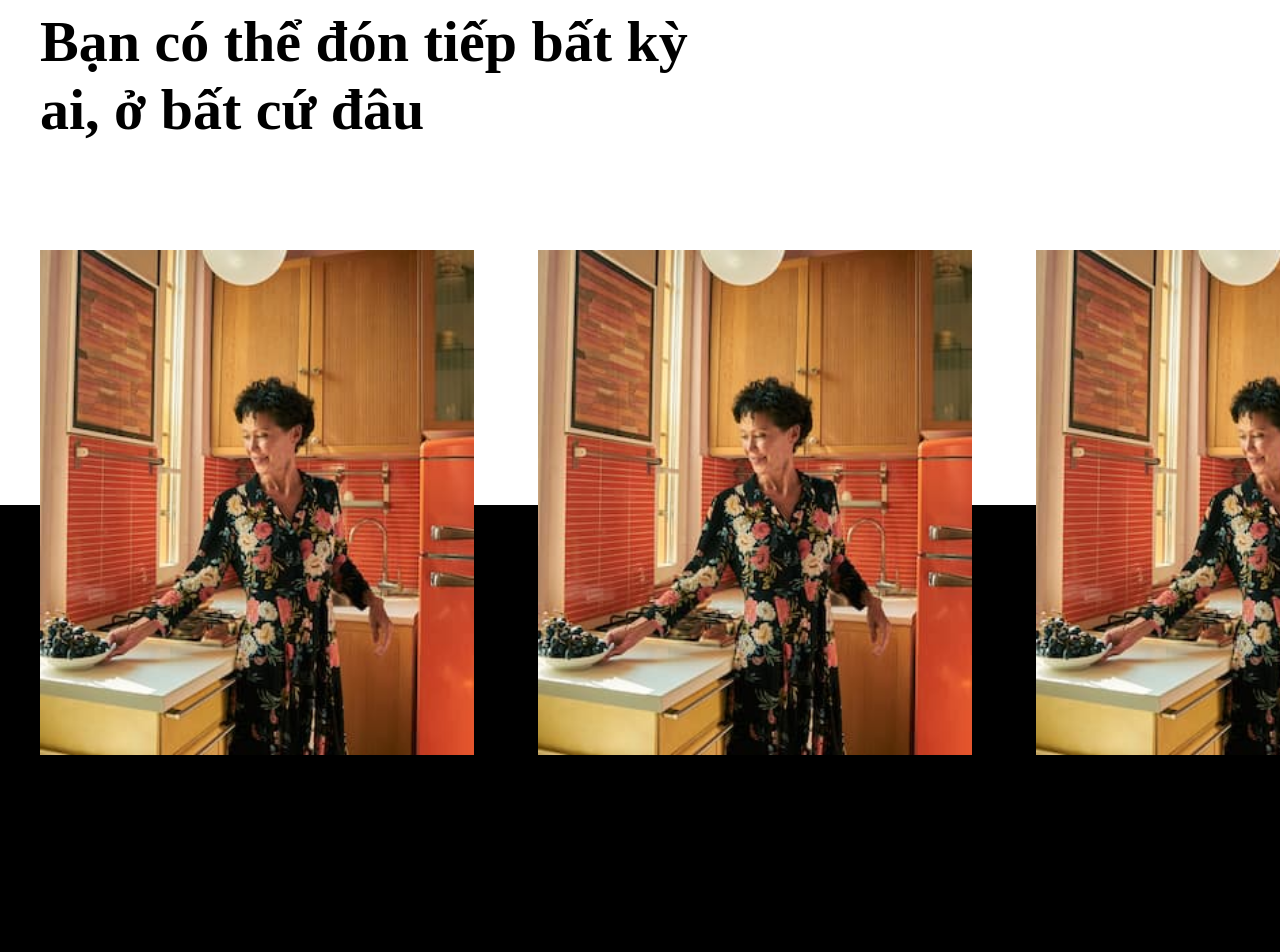
Repository: HoanTiny/AirbnbClone
Page: page3.html
The author's editor kept a copy of each file at every save. The page is drawn from the files as they stood at one save, then again after the next save.
The browser window is 1280 px wide. The pictures show the part of the page from y = 763 to 1715 px (the page is 1768 px tall before and 1968 px after).

Above is the page before, as saved 2021-09-13 10:41:47.

### page3.html
<!DOCTYPE html>
<html lang="en">
    <head>
        <meta charset="UTF-8" />
        <meta http-equiv="X-UA-Compatible" content="IE=edge" />
        <meta name="viewport" content="width=device-width, initial-scale=1.0" />
        <link rel="stylesheet" href="./acess/css/mainpage3.css" />
        <link rel="stylesheet" href="./acess/css/gird.css" />
        <link rel="stylesheet" href="./acess/css/base.css" />
        <link rel="stylesheet" href="./acess/css/reponsive.css" />
        <link
            rel="stylesheet"
            href="./acess/font/fontawesome-free-5.15.3-web/css/all.min.css"
        />
        <title>Cho thuê nhà</title>
    </head>
    <body>
        <div class="app-p3">
            <div class="banner">
                <div class="banner__left">
                    <div class="banner__left-img">
                        <svg
                            width="30"
                            height="32"
                            fill="currentcolor"
                            color="#fff"
                            style="display: block"
                        >
                            <path
                                d="M29.24 22.68c-.16-.39-.31-.8-.47-1.15l-.74-1.67-.03-.03c-2.2-4.8-4.55-9.68-7.04-14.48l-.1-.2c-.25-.47-.5-.99-.76-1.47-.32-.57-.63-1.18-1.14-1.76a5.3 5.3 0 00-8.2 0c-.47.58-.82 1.19-1.14 1.76-.25.52-.5 1.03-.76 1.5l-.1.2c-2.45 4.8-4.84 9.68-7.04 14.48l-.06.06c-.22.52-.48 1.06-.73 1.64-.16.35-.32.73-.48 1.15a6.8 6.8 0 007.2 9.23 8.38 8.38 0 003.18-1.1c1.3-.73 2.55-1.79 3.95-3.32 1.4 1.53 2.68 2.59 3.95 3.33A8.38 8.38 0 0022.75 32a6.79 6.79 0 006.75-5.83 5.94 5.94 0 00-.26-3.5zm-14.36 1.66c-1.72-2.2-2.84-4.22-3.22-5.95a5.2 5.2 0 01-.1-1.96c.07-.51.26-.96.52-1.34.6-.87 1.65-1.41 2.8-1.41a3.3 3.3 0 012.8 1.4c.26.4.45.84.51 1.35.1.58.06 1.25-.1 1.96-.38 1.7-1.5 3.74-3.21 5.95zm12.74 1.48a4.76 4.76 0 01-2.9 3.75c-.76.32-1.6.41-2.42.32-.8-.1-1.6-.36-2.42-.84a15.64 15.64 0 01-3.63-3.1c2.1-2.6 3.37-4.97 3.85-7.08.23-1 .26-1.9.16-2.73a5.53 5.53 0 00-.86-2.2 5.36 5.36 0 00-4.49-2.28c-1.85 0-3.5.86-4.5 2.27a5.18 5.18 0 00-.85 2.21c-.13.84-.1 1.77.16 2.73.48 2.11 1.78 4.51 3.85 7.1a14.33 14.33 0 01-3.63 3.12c-.83.48-1.62.73-2.42.83a4.76 4.76 0 01-5.32-4.07c-.1-.8-.03-1.6.29-2.5.1-.32.25-.64.41-1.02.22-.52.48-1.06.73-1.6l.04-.07c2.16-4.77 4.52-9.64 6.97-14.41l.1-.2c.25-.48.5-.99.76-1.47.26-.51.54-1 .9-1.4a3.32 3.32 0 015.09 0c.35.4.64.89.9 1.4.25.48.5 1 .76 1.47l.1.2c2.44 4.77 4.8 9.64 7 14.41l.03.03c.26.52.48 1.1.73 1.6.16.39.32.7.42 1.03.19.9.29 1.7.19 2.5z"
                            ></path>
                        </svg>
                    </div>
                    <div class="banner__left-conttent">
                        <h1 class="banner__left-heading">
                            Đón tiếp khách làm nên linh hồn của Airbnb
                        </h1>
                        <button class="banner__left-btn">
                            Thử đón tiếp khách
                        </button>
                    </div>
                    <i class="fas fa-chevron-down banner__left-icon"></i>
                </div>
                <div class="banner-right">
                    <video
                        id="video"
                        src="./acess/img/Cho thuê nhà trên Airbnb.webm"
                        class="banner__right-video"
                        autoplay
                        crossorigin="anonymous"
                        playsinline
                        preload="auto"
                        aria-label="Chelsea, Chủ nhà ở Philadelphia, mỉm cười khi mở cửa. Soraya, Chủ nhà ở Mumbai, mỉm cười khi mở cửa trước cùng một người khác ở bên cạnh. Mohamed, Chủ nhà ở Johannesburg, mỉm cười khi mở cửa. Maria, Chủ nhà ở Mexico City, gật đầu mỉm cười khi mang cây đi."
                    ></video>
                </div>
            </div>
            <div class="content">
                <div class="content__heading">
                    <div class="grid wide">
                        <h2 class="content__heading-top">
                            Bạn có thể đón tiếp bất kỳ ai, ở bất cứ đâu
                        </h2>
                    </div>
                    <div class="grid wide">
                        <div class="content__home">
                            <div class="home__img">
                                <img src="./acess/img/home-p3.jpg" class="img content__home-img"></img>
                            </div>
                            <div class="home__img">
                                <img src="./acess/img/home-p3.jpg" class="img content__home-img"></img>
                            </div>
                            <div class="home__img">
                                <img src="./acess/img/home-p3.jpg" class="img content__home-img"></img>
                            </div>
                            <div class="home__img">
                                <img src="./acess/img/home-p3.jpg" class="img content__home-img"></img>
                            </div>
                        </div>
                    </div>
                </div>
                <div class="content__search"></div>
            </div>
        </div>
        <script>
            var videoPlayer = document.getElementById("video");
            // Auto play, half volume.
            videoPlayer.play();
            videoPlayer.volume = 0.5;

            // Play / pause.
            videoPlayer.addEventListener("click", function () {
                if (videoPlayer.paused == false) {
                    videoPlayer.pause();
                    videoPlayer.firstChild.nodeValue = "Play";
                } else {
                    videoPlayer.play();
                    videoPlayer.firstChild.nodeValue = "Pause";
                }
            });
        </script>
    </body>
</html>

### acess/css/mainpage3.css
body {
    margin: 0;
}

.banner {
    height: 100vh;
    display: flex;
    justify-content: center;
}
.banner__left {
    width: 50%;
    background-color: #000;
    position: relative;
}
.banner__left-img {
    padding: 24px;
}
.banner__left-conttent {
    display: flex;
    flex-direction: column;
    align-items: center;
    justify-content: center;
    position: absolute;
    top: 50%;
    left: 50%;
    transform: translate(-50%, -50%);
    width: fit-content;
}
.banner__left-heading {
    color: #fff;
    text-align: center;
    font-size: 6.8rem;
    line-height: 7rem;
    padding: 12px 24px;
    font-weight: 500;
}
.banner__left-btn {
    padding: 18px 32px;
    font-size: 1.8rem;
    border-radius: 12px;
    background-image: linear-gradient(
        to right,
        rgb(229, 29, 80),
        rgb(220, 14, 100)
    );
    color: var(--white-color);
    border: none;
    cursor: pointer;
}

.banner__left-icon {
    color: var(--white-color);
    position: absolute;
    bottom: 32px;
    font-size: 1.5rem;
    left: 50%;
    padding: 12px;
    margin-left: -12px;
    border-radius: 50%;
    cursor: pointer;
}

.banner__left-icon:hover {
    background-color: #999;
}

.banner-right {
    width: 50%;
}

.banner__right-video {
    object-fit: cover;
    object-position: center top;
    width: 100%;
    height: 100%;
}

.content__heading {
    position: relative;
    height: 500px;
}

.content__heading-top {
    margin-top: 48px;
    font-size: 5.8rem;
    line-height: 6.8rem;
    text-align: left;
    width: 60%;
}

.content__home {
    position: absolute;
    bottom: -50%;
    max-width: 100%;
    overflow-x: auto;
    flex-wrap: nowrap;
    display: flex;
}

.home__img {
    flex-shrink: 0;
    width: 35%;
    margin-right: 64px;
}

.content__home-img {
    height: 100%;
    width: 100%;
}

.content__search {
    background-color: #000;
    height: 500px;
}

### acess/css/gird.css
.grid {
    width: 100%;
    display: block;
    padding: 0;
}

.grid.wide {
    max-width: 1200px;
    margin: 0 auto;
}

.row {
    display: flex;
    flex-wrap: wrap;
    margin-left: -8px;
    margin-right: -8px;
}

.row.no-gutters {
    margin-left: 0;
    margin-right: 0;
}

.col {
    padding-left: 12px;
    padding-right: 12px;
}

.row.no-gutters .col {
    padding-left: 0;
    padding-right: 0;
}

.c-0 {
    display: none;
}

.c-1 {
    flex: 0 0 8.33333%;
    max-width: 8.33333%;
}

.c-2 {
    flex: 0 0 16.66667%;
    max-width: 16.66667%;
}

.c-3 {
    flex: 0 0 25%;
    max-width: 25%;
}

.c-4 {
    flex: 0 0 33.33333%;
    max-width: 33.33333%;
}

.c-5 {
    flex: 0 0 41.66667%;
    max-width: 41.66667%;
}

.c-6 {
    flex: 0 0 50%;
    max-width: 50%;
}

.c-7 {
    flex: 0 0 58.33333%;
    max-width: 58.33333%;
}

.c-8 {
    flex: 0 0 66.66667%;
    max-width: 66.66667%;
}

.c-9 {
    flex: 0 0 75%;
    max-width: 75%;
}

.c-10 {
    flex: 0 0 83.33333%;
    max-width: 83.33333%;
}

.c-11 {
    flex: 0 0 91.66667%;
    max-width: 91.66667%;
}

.c-12 {
    flex: 0 0 100%;
    max-width: 100%;
}

.c-o-1 {
    margin-left: 8.33333%;
}

.c-o-2 {
    margin-left: 16.66667%;
}

.c-o-3 {
    margin-left: 25%;
}

.c-o-4 {
    margin-left: 33.33333%;
}

.c-o-5 {
    margin-left: 41.66667%;
}

.c-o-6 {
    margin-left: 50%;
}

.c-o-7 {
    margin-left: 58.33333%;
}

.c-o-8 {
    margin-left: 66.66667%;
}

.c-o-9 {
    margin-left: 75%;
}

.c-o-10 {
    margin-left: 83.33333%;
}

.c-o-11 {
    margin-left: 91.66667%;
}

/* >= Tablet */
@media (min-width: 740px) {
    .row {
        margin-left: -4px;
        margin-right: -4px;
    }

    .col {
        padding-left: 4px;
        padding-right: 4px;
    }

    .m-0 {
        display: none;
    }

    .m-1,
    .m-2,
    .m-3,
    .m-4,
    .m-5,
    .m-6,
    .m-7,
    .m-8,
    .m-9,
    .m-10,
    .m-11,
    .m-12 {
        display: block;
    }

    .m-1 {
        flex: 0 0 8.33333%;
        max-width: 8.33333%;
    }

    .m-2 {
        flex: 0 0 16.66667%;
        max-width: 16.66667%;
    }

    .m-3 {
        flex: 0 0 25%;
        max-width: 25%;
    }

    .m-4 {
        flex: 0 0 33.33333%;
        max-width: 33.33333%;
    }

    .m-5 {
        flex: 0 0 41.66667%;
        max-width: 41.66667%;
    }

    .m-6 {
        flex: 0 0 50%;
        max-width: 50%;
    }

    .m-7 {
        flex: 0 0 58.33333%;
        max-width: 58.33333%;
    }

    .m-8 {
        flex: 0 0 66.66667%;
        max-width: 66.66667%;
    }

    .m-9 {
        flex: 0 0 75%;
        max-width: 75%;
    }

    .m-10 {
        flex: 0 0 83.33333%;
        max-width: 83.33333%;
    }

    .m-11 {
        flex: 0 0 91.66667%;
        max-width: 91.66667%;
    }

    .m-12 {
        flex: 0 0 100%;
        max-width: 100%;
    }

    .m-o-1 {
        margin-left: 8.33333%;
    }

    .m-o-2 {
        margin-left: 16.66667%;
    }

    .m-o-3 {
        margin-left: 25%;
    }

    .m-o-4 {
        margin-left: 33.33333%;
    }

    .m-o-5 {
        margin-left: 41.66667%;
    }

    .m-o-6 {
        margin-left: 50%;
    }

    .m-o-7 {
        margin-left: 58.33333%;
    }

    .m-o-8 {
        margin-left: 66.66667%;
    }

    .m-o-9 {
        margin-left: 75%;
    }

    .m-o-10 {
        margin-left: 83.33333%;
    }

    .m-o-11 {
        margin-left: 91.66667%;
    }
}

/* PC medium resolution > */
@media (min-width: 1113px) {
    .row {
        margin-left: -12px;
        margin-right: -12px;
    }

    .row.sm-gutter {
        margin-left: -5px;
        margin-right: -5px;
    }

    .col {
        padding-left: 12px;
        padding-right: 12px;
    }

    .row.sm-gutter .col {
        padding-left: 5px;
        padding-right: 5px;
    }

    .l-0 {
        display: none;
    }

    .l-1,
    .l-2,
    .l-2-4,
    .l-3,
    .l-4,
    .l-5,
    .l-6,
    .l-7,
    .l-8,
    .l-9,
    .l-10,
    .l-11,
    .l-12 {
        display: block;
    }

    .l-1 {
        flex: 0 0 8.33333%;
        max-width: 8.33333%;
    }

    .l-2 {
        flex: 0 0 16.66667%;
        max-width: 16.66667%;
    }

    .l-2-4 {
        flex: 0 0 20%;
        max-width: 20%;
    }

    .l-3 {
        flex: 0 0 25%;
        max-width: 25%;
    }

    .l-4 {
        flex: 0 0 33.33333%;
        max-width: 33.33333%;
    }

    .l-5 {
        flex: 0 0 41.66667%;
        max-width: 41.66667%;
    }

    .l-6 {
        flex: 0 0 50%;
        max-width: 50%;
    }

    .l-7 {
        flex: 0 0 58.33333%;
        max-width: 58.33333%;
    }

    .l-8 {
        flex: 0 0 66.66667%;
        max-width: 66.66667%;
    }

    .l-9 {
        flex: 0 0 75%;
        max-width: 75%;
    }

    .l-10 {
        flex: 0 0 83.33333%;
        max-width: 83.33333%;
    }

    .l-11 {
        flex: 0 0 91.66667%;
        max-width: 91.66667%;
    }

    .l-12 {
        flex: 0 0 100%;
        max-width: 100%;
    }

    .l-o-1 {
        margin-left: 8.33333%;
    }

    .l-o-2 {
        margin-left: 16.66667%;
    }

    .l-o-3 {
        margin-left: 25%;
    }

    .l-o-4 {
        margin-left: 33.33333%;
    }

    .l-o-5 {
        margin-left: 41.66667%;
    }

    .l-o-6 {
        margin-left: 50%;
    }

    .l-o-7 {
        margin-left: 58.33333%;
    }

    .l-o-8 {
        margin-left: 66.66667%;
    }

    .l-o-9 {
        margin-left: 75%;
    }

    .l-o-10 {
        margin-left: 83.33333%;
    }

    .l-o-11 {
        margin-left: 91.66667%;
    }
}

/* Tablet - PC low resolution */
@media (min-width: 740px) and (max-width: 1023px) {
    .wide {
        width: 644px;
    }
}

/* > PC low resolution */
@media (min-width: 1024px) and (max-width: 1239px) {
    .wide {
        width: 984px;
    }

    .wide .row {
        margin-left: -12px;
        margin-right: -12px;
    }

    .wide .row.sm-gutter {
        margin-left: -5px;
        margin-right: -5px;
    }

    .wide .col {
        padding-left: 12px;
        padding-right: 12px;
    }

    .wide .row.sm-gutter .col {
        padding-left: 5px;
        padding-right: 5px;
    }

    .wide .l-0 {
        display: none;
    }

    .wide .l-1,
    .wide .l-2,
    .wide .l-2-4,
    .wide .l-3,
    .wide .l-4,
    .wide .l-5,
    .wide .l-6,
    .wide .l-7,
    .wide .l-8,
    .wide .l-9,
    .wide .l-10,
    .wide .l-11,
    .wide .l-12 {
        display: block;
    }

    .wide .l-1 {
        flex: 0 0 8.33333%;
        max-width: 8.33333%;
    }

    .wide .l-2 {
        flex: 0 0 16.66667%;
        max-width: 16.66667%;
    }

    .wide .l-2-4 {
        flex: 0 0 20%;
        max-width: 20%;
    }

    .wide .l-3 {
        flex: 0 0 25%;
        max-width: 25%;
    }

    .wide .l-4 {
        flex: 0 0 33.33333%;
        max-width: 33.33333%;
    }

    .wide .l-5 {
        flex: 0 0 41.66667%;
        max-width: 41.66667%;
    }

    .wide .l-6 {
        flex: 0 0 50%;
        max-width: 50%;
    }

    .wide .l-7 {
        flex: 0 0 58.33333%;
        max-width: 58.33333%;
    }

    .wide .l-8 {
        flex: 0 0 66.66667%;
        max-width: 66.66667%;
    }

    .wide .l-9 {
        flex: 0 0 75%;
        max-width: 75%;
    }

    .wide .l-10 {
        flex: 0 0 83.33333%;
        max-width: 83.33333%;
    }

    .wide .l-11 {
        flex: 0 0 91.66667%;
        max-width: 91.66667%;
    }

    .wide .l-12 {
        flex: 0 0 100%;
        max-width: 100%;
    }

    .wide .l-o-1 {
        margin-left: 8.33333%;
    }

    .wide .l-o-2 {
        margin-left: 16.66667%;
    }

    .wide .l-o-3 {
        margin-left: 25%;
    }

    .wide .l-o-4 {
        margin-left: 33.33333%;
    }

    .wide .l-o-5 {
        margin-left: 41.66667%;
    }

    .wide .l-o-6 {
        margin-left: 50%;
    }

    .wide .l-o-7 {
        margin-left: 58.33333%;
    }

    .wide .l-o-8 {
        margin-left: 66.66667%;
    }

    .wide .l-o-9 {
        margin-left: 75%;
    }

    .wide .l-o-10 {
        margin-left: 83.33333%;
    }

    .wide .l-o-11 {
        margin-left: 91.66667%;
    }
}

### acess/css/base.css
:root {
    --white-color:#fff;
    --black-color: #000;
    --text-color: #333;
}

* {
    box-sizing: inherit;
}

html {
    /* font-family: Circular, -apple-system, BlinkMacSystemFont, Roboto, "Helvetica Neue", sans-serif; */
    font-family: 'Font Awesome 5 Free';
    box-sizing: border-box;
    font-size: 62.5%;
    line-height: 1.8rem;
}

### acess/css/reponsive.css
@media (min-width: 723px) and (max-width: 1023px) {
    .hold-on-mobile-tablet {
        display: none;
    }
    .background {
        background-position: unset;
    }

    .header__nav-list-tablet {
        display: flex;
    }

    .search {
        margin: 0;
    }

    .search__item:first-of-type {
        padding-left: 32px;
    }

    .search__item {
        margin: 0;
        padding: 12px;
    }

    .home__product-tablet {
        height: 140px;
        overflow: hidden;
        display: -webkit-box;
        -webkit-line-clamp: 2;
    }

    .home__category-tablet {
        display: flex;
        max-width: 100%;
        overflow-x: auto;
        flex-wrap: nowrap;
    }

    .home__category-tablet::-webkit-scrollbar {
        display: none;
    }

    .home__category-item-tablet {
        width: 33.3333%;
        flex-shrink: 0;
    }

    .footer-end {
        flex-direction: column-reverse;
    }

    .footer__end-social-list{
        display: flex;
        justify-content: center;
    }

    .footer__end-copyright-list{
        flex-wrap: wrap;
        justify-content: center;
    }

    .footer__end-copyright__item:first-of-type {
        width: 100%;
        text-align: center;
        margin-bottom: 4px;
    }

    .header__nav-scrollba-btn {
        margin-left: auto;
    }

}

@media (max-width: 723px)
{
    .hold-on-mobile {
        display: none;
    }

    .search {
        display: none;
    }
    .header__nav {
        display: none;
    }

    .header__mobile{
        display: flex;
    }

    .footer {
        text-align: center;
    }

    .home__category-tablet {
        display: flex;
        max-width: 100%;
        overflow-x: auto;
        flex-wrap: nowrap;
    }

    .home__category-tablet::-webkit-scrollbar {
        display: none;
    }

    .home__category-item-tablet {
        width: 33.3333%;
        flex-shrink: 0;
    }

    #header__nav-scrollbar {
        display: none;
    }

    .header__mobile {
        position: fixed;
        top: 0px;
        left: 0;
        right: 0;
        z-index: 12;
        align-items: center;
    }

    .header__mobile-btn {
        border: none;
        background-color: rgb(247, 247, 247);
        box-shadow: none;
        top: 20;
    }

    .web__content-heading {
        font-size: 2.2rem;
        line-height: 2.6rem;
    }

    .home__category-next {
        display: none;
    }

    .home__category-return--active {
        display: none;
    }

    .home__experience-mobile {
        display: flex;
        max-width: 100%;
        overflow-x: auto;
        flex-wrap: nowrap;
    }

    .home__experience-mobile::-webkit-scrollbar {
        display: none;
    }

    .home__experience-mobile-item {
        width: 75%;
        flex-shrink: 0;
    }

    path {
        display: none;
    }
    .search-where {
        display: block;
        position: revert;
    }

    .search-where-icon {
        display: none;
    }

    /* Page 2 */

    .home-place__item-img {
        height: 345px;
    }

    .menu-list__item {
        border: none;
    }

    .header-page2 {
        border-bottom: none;
    }

    .header__mobile-page2 {
        display: block;
    }

    .home-place {
        margin-top: 115px;
    }

}

Loaded but not shown: acess/font/fontawesome-free-5.15.3-web/css/all.min.css (library)

After the next save:
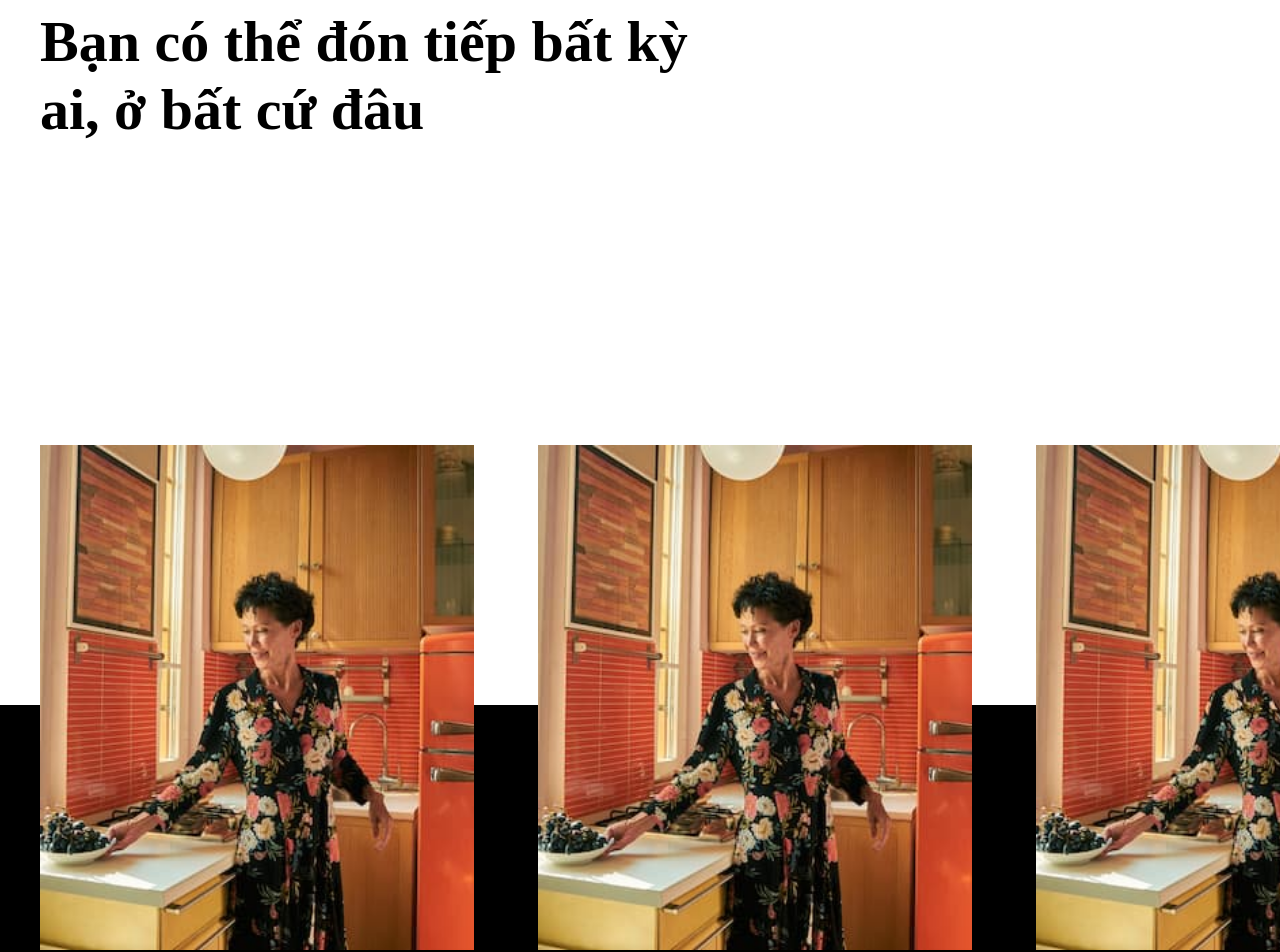
Saved 2 min 19 s later.
--- a/acess/css/mainpage3.css
+++ b/acess/css/mainpage3.css
@@ -77,7 +77,7 @@ body {
 
 .content__heading {
     position: relative;
-    height: 500px;
+    height: 700px;
 }
 
 .content__heading-top {
@@ -90,7 +90,7 @@ body {
 
 .content__home {
     position: absolute;
-    bottom: -50%;
+    bottom: -35%;
     max-width: 100%;
     overflow-x: auto;
     flex-wrap: nowrap;
